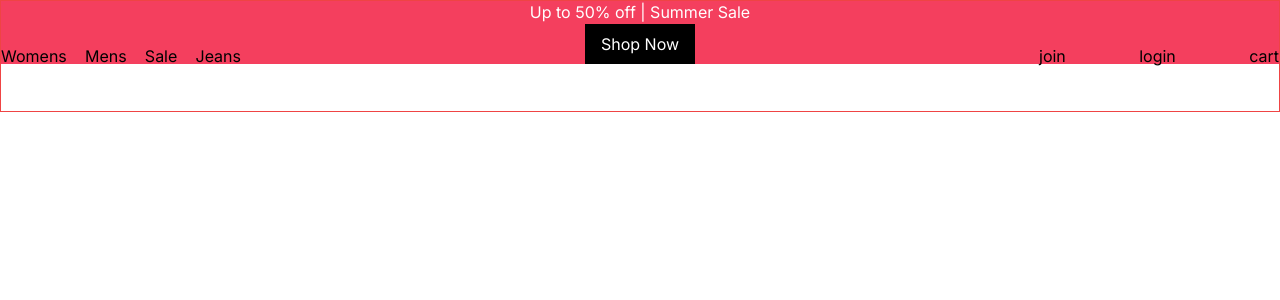
Repository: harrywebb21/stil-clothing
Page: /
The author's editor kept a copy of each file at every save. The page is drawn from the files as they stood at one save, then again after the next save.
The browser window is 1280 px wide. The pictures show the whole page.
The project was rebuilt for these pictures with package versions that can differ from the ones it lists, and the page was loaded fresh each time. The framework's server and built-in components were replaced by stand-ins that run in the browser. Also part of the build but not shown: next.config.js.

Above is the page before, as saved 2023-06-08 15:55:12.

### src/app/page.js
"use client";
import Image from "next/image";
import Navbar from "./components/Navbar";
import SaleBox from "./components/SaleBox";

export default function Home() {
  return (
    <div>
      <Navbar />
      <SaleBox />
    </div>
  );
}

### src/app/components/Navbar.js
export default function Navbar() {
  return (
    <div className=" border border-red-500 h-28 flex justify-between items-center fixed w-screen">
      <ul className=" flex justify-between w-60">
        <li>
          <a href="/womens">Womens</a>
        </li>
        <li>
          <a href="/mens">Mens</a>
        </li>
        <li>
          <a href="/sale">Sale</a>
        </li>
        <li>
          <a href="/jeans">Jeans</a>
        </li>
      </ul>

      <ul className="flex justify-between w-60">
        <li>
          <a href="/join">join</a>
        </li>
        <li>
          <a href="/login">login</a>
        </li>
        <li>
          <a href="/cart">cart</a>
        </li>
      </ul>
    </div>
  );
}

### src/app/components/SaleBox.js
export default function SaleBox() {
  return (
    <div className="flex flex-col justify-center items-center w-60 bg-rose-500 text-white w-screen ">
      <h1> Up to 50% off | Summer Sale</h1>
      <button className="bg-black text-white px-4 py-2 ">Shop Now</button>
    </div>
  );
}

Loaded but not shown: src/app/layout.js (common file); src/app/globals.css (common file); tailwind.config.js (common file)

After the next save:
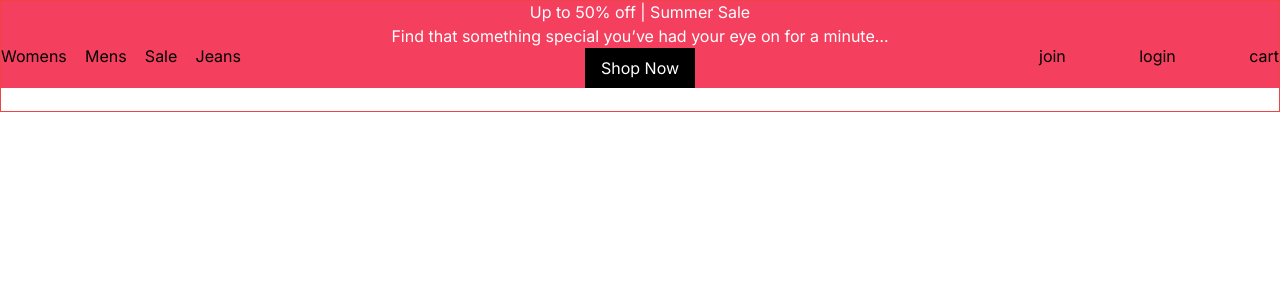
Saved 14 s later.
--- a/src/app/components/SaleBox.js
+++ b/src/app/components/SaleBox.js
@@ -2,6 +2,7 @@ export default function SaleBox() {
   return (
     <div className="flex flex-col justify-center items-center w-60 bg-rose-500 text-white w-screen ">
       <h1> Up to 50% off | Summer Sale</h1>
+      <p>Find that something special you’ve had your eye on for a minute…</p>
       <button className="bg-black text-white px-4 py-2 ">Shop Now</button>
     </div>
   );
